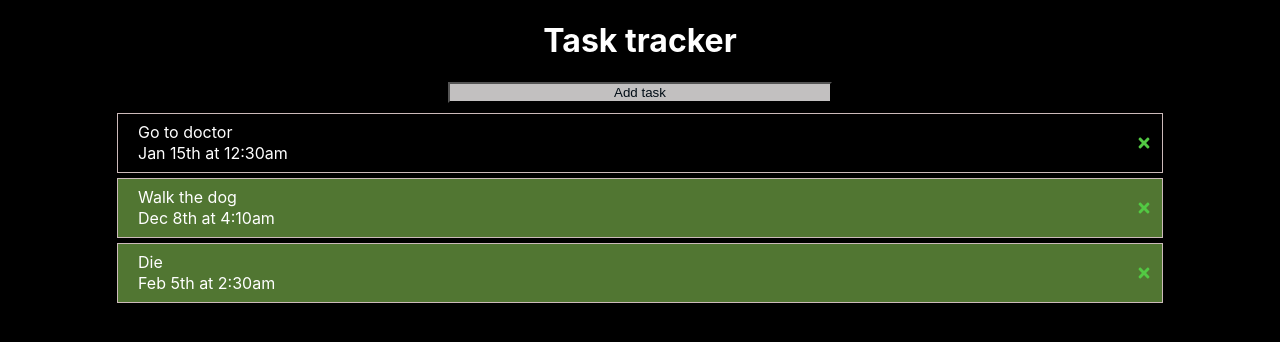
Repository: roscaImarius/task-tracker-react
Page: /
The author's editor kept a copy of each file at every save. The page is drawn from the files as they stood at one save, then again after the next save.
The browser window is 1280 px wide. The pictures show the whole page.
The project was rebuilt for these pictures with package versions that can differ from the ones it lists, and the page was loaded fresh each time. Requests to the local data server were answered from the project's data file. Also part of the build but not shown: src/components/AddTask.js.

Above is the page before, as saved 2021-03-31 14:32:22.

### src/App.js
import "./App.css";
import Header from "./components/Header";
import React, { useState, useEffect } from "react";

function App() {
  const [showAdd, setShowAdd] = useState(false);
  const [tasks, setTasks] = useState([]);

  useEffect(() => {
    const getTasks = async () => {
      const tasksFromServer = await fetchTasks();
      setTasks(tasksFromServer);
    };

    getTasks();
  }, []);

  //fetch tasks
  const fetchTasks = async () => {
    const res = await fetch("http://localhost:5000/tasks");
    const data = await res.json();
    console.log(data);
    return data;
  };

  // show add form
  const onClickAdd = () => {
    setShowAdd(!showAdd);
  };

  // save task
  const onSaveTask = (task) => {
    let randId = new Date().getTime();
    const newTask = { id: randId, ...task };
    console.log(newTask);
    setTasks([...tasks, newTask]);
    setShowAdd(false);
  };

  //delete task
  const onDelete = async (id) => {
    await fetch(`http://localhost:5000/tasks/${id}`, {
      method: "DELETE",
    });

    setTasks(tasks.filter((t) => t.id !== id));
  };
  // Mark task
  const onDubleClick = (id) => {
    setTasks(
      tasks.map((task) =>
        task.id === id ? { ...task, reminder: !task.reminder } : task
      )
    );
  };
  return (
    <div className="App">
      <Header
        showAdd={showAdd}
        setShowAdd={setShowAdd}
        title={"Task tracker"}
        onDelete={onDelete}
        onSaveTask={onSaveTask}
        onClickAdd={onClickAdd}
        onDubleClick={onDubleClick}
        tasks={tasks}
      />
      {tasks.length === 0 ? <p>No tasks to show</p> : null}
    </div>
  );
}

export default App;

### src/App.css
.App {
  text-align: center;
}
body {
  background-color: black;
  color: white;
}

/* HEADER */
.header-container {
  display: flex;
  flex-direction: column;
}
.add-btn {
  background-color: black;
  color: rgb(2, 13, 22);
  margin: auto;
  width: 30%;
}
.task {
  display: flex;
  justify-content: space-between;
  padding-left: 20px;
  margin: auto;
  line-height: 5px;
  margin-bottom: 5px;
  border: 1px solid rgb(204, 186, 186);
  width: 80%;
  text-align: start;
}
.x {
  margin-right: 10px;
  color: rgb(82, 201, 67);
  margin: auto 5px;
  cursor: pointer;
  padding: 5px;
}
.marked {
  background-color: rgba(161, 236, 100, 0.5);
}
/* FORM */
.form-field {
  margin: 0 auto;
  display: flex;
  flex-direction: column;
  text-align: start;
  width: 80%;
  box-sizing: border-box;
}
.form-container {
  margin: auto;
  width: 70%;
  display: inline-block;
  padding: 10px;
  border: 1px solid gray;
  margin-bottom: 10px;
}
.saveTask {
  background-color: rgb(194, 192, 192);
}
input {
  background-color: rgb(209, 206, 206);
}

### src/components/Header.js
import React from "react";
import PropTypes from "prop-types";
import Tasks from "./Tasks";
import Button from "./Button";
import AddTask from "./AddTask";

const Header = ({
  title,
  onClickAdd,
  onDelete,
  onSaveTask,
  onDubleClick,
  tasks,
  showAdd,
  setShowAdd,
}) => {
  return (
    <header className="header-container">
      <h1>{title}</h1>
      <Button
        onClick={onClickAdd}
        showAdd={showAdd}
        setShowAdd={setShowAdd}
        // color={showAdd? 'green' : 'red'}
      />
      {showAdd && <AddTask onSaveTask={onSaveTask} />}
      <Tasks onDelete={onDelete} onDubleClick={onDubleClick} tasks={tasks} />
    </header>
  );
};

Header.defaultProps = {
  title: "Task tracker",
};

Header.propTypes = {
  title: PropTypes.string.isRequired,
};

export default Header;

### src/components/Tasks.js
import React from "react";
import Task from "./Task";

const Tasks = ({ tasks, onDubleClick, onDelete }) => {
  return (
    <div>
      {tasks.map((t) => (
        <Task
          key={t.id}
          onDubleClick={onDubleClick}
          onDelete={onDelete}
          t={t}
        />
      ))}
    </div>
  );
};

export default Tasks;

### src/components/Button.js
import React from "react";

const Button = ({ color, showAdd, onClick }) => {
  return (
    <button
      onClick={onClick}
      style={{ backgroundColor: color, marginBottom: "10px" }}
      className="add-btn"
    >
      {showAdd ? "Cancel add task " : "Add task"}
    </button>
  );
};
Button.defaultProps = {
  color: " rgb(194, 192, 192)",
};

export default Button;

### src/components/Task.js
import React from "react";
import { FaTimes } from "react-icons/fa";

const Task = ({ t, onDubleClick, onDelete }) => {
  return (
    <div
      className={`task ${t.reminder ? "marked " : ""}`}
      onDoubleClick={() => onDubleClick(t.id)}
    >
      <div>
        <p>{t.text}</p>
        <p>{t.day}</p>
      </div>
      <FaTimes className="x" onClick={() => onDelete(t.id)} />
    </div>
  );
};

export default Task;

### db.json
{
  "tasks": [
 {
     "id": 1,
      "text": "Go to doctor",
      "day": "Jan 15th at 12:30am",
      "reminder": false
    },
    {
      "id": 2,
      "text": "Walk the dog",
      "day": "Dec 8th at 4:10am",
      "reminder": true
    },
    {
      "id": 3,
      "text": "Die",
      "day": "Feb 5th at 2:30am",
      "reminder": true
    }

  ]
}

Loaded but not shown: public/index.html (common file); src/index.js (common file); src/index.css (common file); src/reportWebVitals.js (common file)

After the next save:
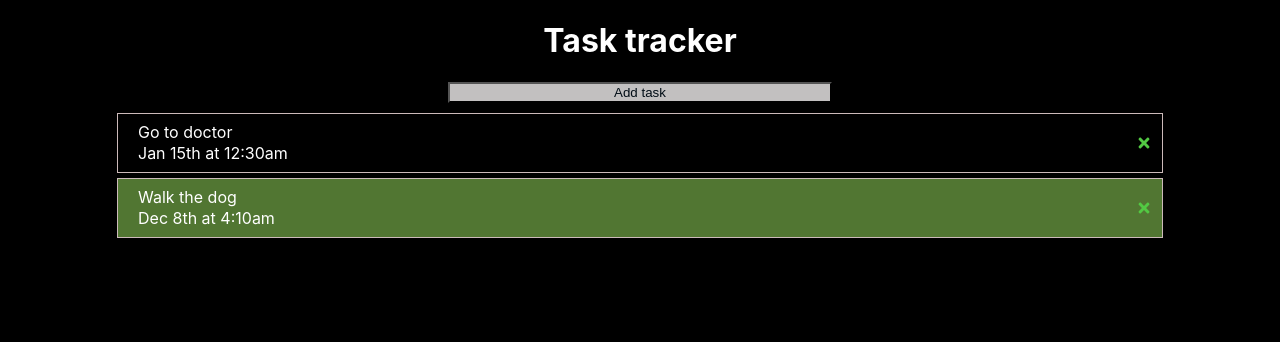
Saved 26 s later.
--- a/db.json
+++ b/db.json
@@ -1,7 +1,7 @@
 {
   "tasks": [
- {
-     "id": 1,
+    {
+      "id": 1,
       "text": "Go to doctor",
       "day": "Jan 15th at 12:30am",
       "reminder": false
@@ -11,13 +11,6 @@
       "text": "Walk the dog",
       "day": "Dec 8th at 4:10am",
       "reminder": true
-    },
-    {
-      "id": 3,
-      "text": "Die",
-      "day": "Feb 5th at 2:30am",
-      "reminder": true
     }
-
   ]
 }
